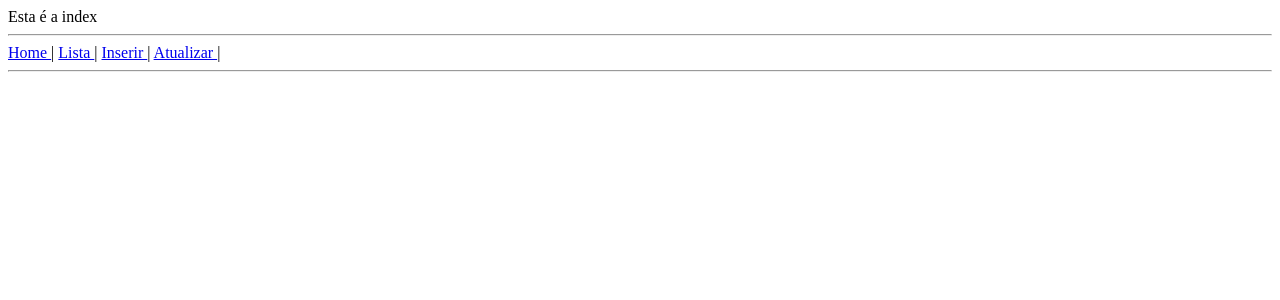
Repository: vivian-nakano/Projetos-Spring
Page: webmvc/src/main/resources/static/index.html
These files come from the project's save history. The page is drawn as it stood at one moment and after the next save; the edit follows.
The browser window is 1280 px wide. The pictures show the whole page.
Some web libraries are served in a nearby version.

Above is the page before, as saved 2020-11-10 23:49:17.

### webmvc/src/main/resources/static/index.html
<!DOCTYPE html>
<html>
<head>
<meta charset="ISO-8859-1">
<title>MVC</title>
<script
	src="https://ajax.googleapis.com/ajax/libs/angularjs/1.6.9/angular.min.js"></script>
<script src="controller.js">

</script>

</head>
<body>
	Esta é a index

	<hr>
	<a href="index.html"> Home </a> |
	<a href="lista.html"> Lista </a> |
	<a href="inserir.html"> Inserir </a> |
	<a href="atualizar.html"> Atualizar </a> |

	<hr>

</body>
</html>

### webmvc/src/main/resources/static/controller.js
var app = angular.module('myApp', []);
app.controller('myCtrl', function($scope, $http) {
	$scope.manutencoes = new Object();
	$scope.salvar = function() {
		$http.post("http://localhost:8080/manutencoes", {
			'id' : $scope.id,
			'nome' : $scope.nome,
			'categoria' : $scope.categoria,
			'data' : $scope.data,
			'pago' : $scope.pago
		})
	};
	$scope.buscarTodos = function() {
		$http.get("http://localhost:8080/manutencoes").then(function(resposta) {
			$scope.manutencoes = resposta.data;
		});
	}
	$scope.buscarTodos();
	$scope.put = function() {
		$http.put("http://localhost:8080/manutencoes/ " + $scope.id, {

			'nome' : $scope.nome,
			'categoria' : $scope.categoria,
			'pago' : $scope.pago
		})
	}

});

After the next save:
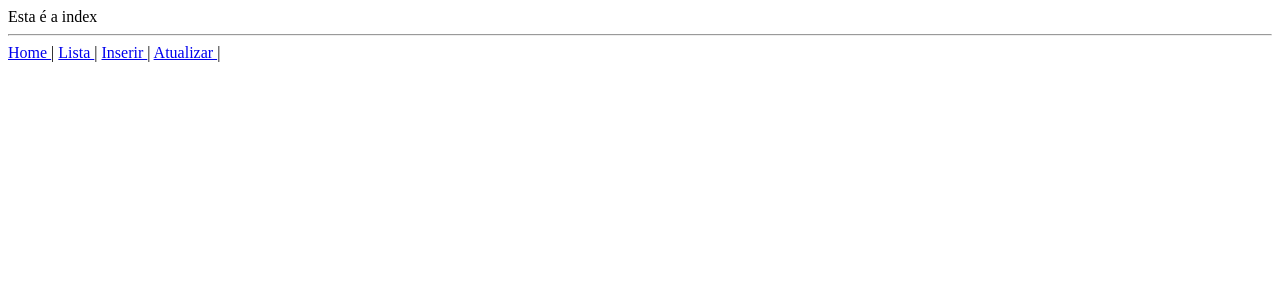
Saved 22 s later.
--- a/webmvc/src/main/resources/static/index.html
+++ b/webmvc/src/main/resources/static/index.html
@@ -2,24 +2,21 @@
 <html>
 <head>
 <meta charset="ISO-8859-1">
-<title>MVC</title>
+<title>Insert title here</title>
 <script
 	src="https://ajax.googleapis.com/ajax/libs/angularjs/1.6.9/angular.min.js"></script>
-<script src="controller.js">
-
-</script>
-
+<script src="controller.js"></script>
 </head>
 <body>
+
 	Esta é a index
-
 	<hr>
 	<a href="index.html"> Home </a> |
 	<a href="lista.html"> Lista </a> |
 	<a href="inserir.html"> Inserir </a> |
 	<a href="atualizar.html"> Atualizar </a> |
 
-	<hr>
+
 
 </body>
 </html>
